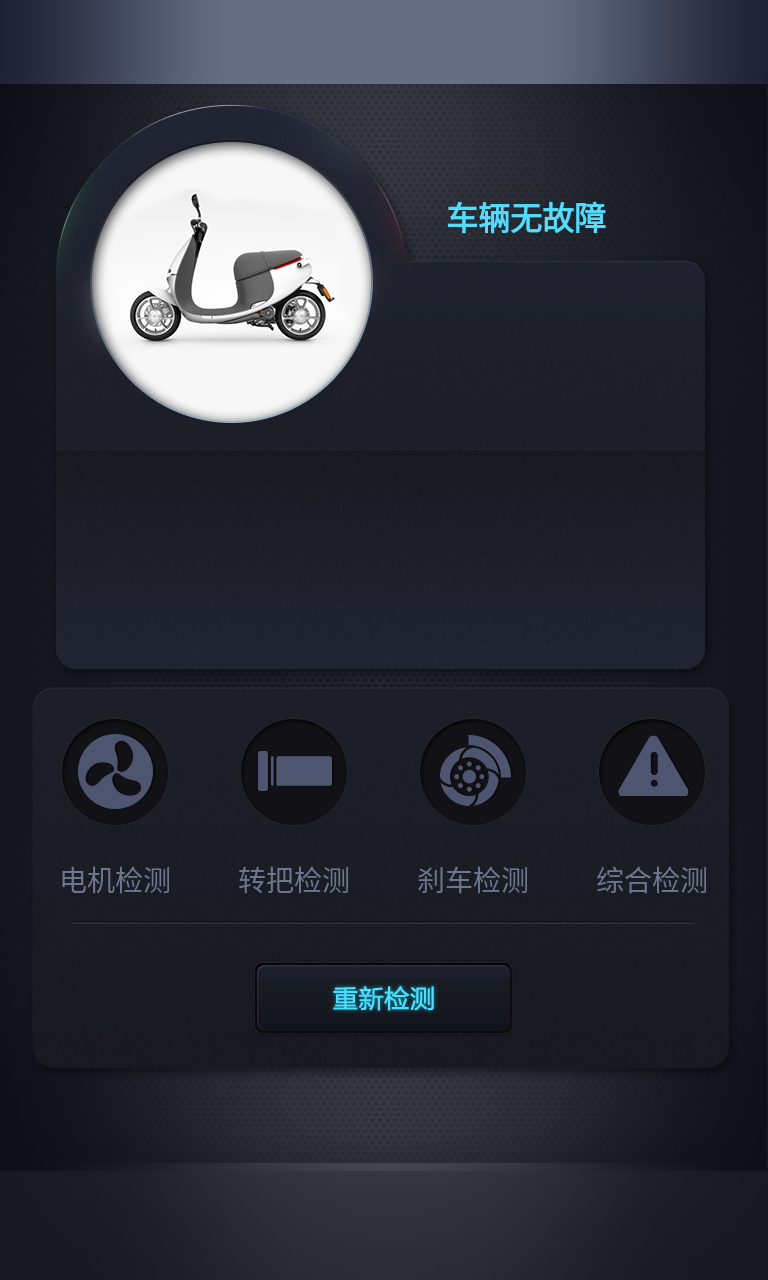
Repository: dongerqiang/Ab_YuanDun
Layout: WangCar/res/layout/activity_car_check_layout.xml
The author's editor kept a copy of each file at every save. The layout is drawn from the files as they stood at one save, then again after the next save.
It is drawn on a 768 x 1280 px phone screen (xhdpi) without system bars, with theme android:Theme.Black.NoTitleBar; the app's code is not run.

Above is the layout before, as saved 2017-06-24 12:39:49.

### WangCar/res/layout/activity_car_check_layout.xml
<?xml version="1.0" encoding="utf-8"?>
<RelativeLayout xmlns:android="http://schemas.android.com/apk/res/android"
    android:layout_width="match_parent"
    android:layout_height="match_parent"
    android:background="@drawable/icon_window_bg" >

    <include
        android:id="@+id/titleLayout"
        layout="@layout/title_bar_layout" />

    <LinearLayout
        android:layout_width="match_parent"
        android:layout_height="wrap_content"
        android:layout_below="@id/titleLayout"
        android:orientation="vertical"
        android:paddingTop="8dp"
        >

        <FrameLayout
            android:layout_width="match_parent"
            android:layout_height="wrap_content" >

            <ImageView
                android:layout_width="wrap_content"
                android:layout_height="wrap_content"
                android:layout_gravity="center"
                android:src="@drawable/icon_check_top_bg" />

            <TextView
                android:id="@+id/asrTv"
                android:layout_width="wrap_content"
                android:layout_height="wrap_content"
                android:layout_gravity="left|center_vertical"
                android:layout_marginTop="48dp"
                android:layout_marginLeft="28dp"
                android:textColor="#6e768d"
                android:textSize="14sp"
                 />

            <TextView
                android:id="@+id/checkItemTv"
                android:layout_width="143dp"
                android:layout_height="wrap_content"
                android:layout_gravity="right"
                android:layout_marginRight="18dp"
                android:layout_marginTop="46dp"
                android:gravity="left"
                android:text="车辆无故障"
                android:textColor="#54dcfd"
                android:textSize="16sp"
                android:textStyle="bold" />

        </FrameLayout>

        <FrameLayout
            android:layout_width="match_parent"
            android:layout_height="wrap_content"
            android:orientation="vertical" >

            <ImageView
                android:layout_width="wrap_content"
                android:layout_height="200dp"
                android:layout_marginLeft="13dp"
                android:layout_marginRight="13dp"
                android:scaleType="fitXY"
                android:src="@drawable/icon_check_btn_bg" />

            <LinearLayout
                android:layout_width="match_parent"
                android:layout_height="wrap_content"
                android:orientation="horizontal"
                android:paddingLeft="13dp"
                android:paddingRight="13dp"
                android:paddingTop="10dp" >

                <LinearLayout
                    android:layout_width="0dp"
                    android:layout_height="wrap_content"
                    android:layout_weight="1"
                    android:gravity="center"
                    android:orientation="vertical" >

                    <FrameLayout
                        android:layout_width="wrap_content"
                        android:layout_height="70dp" >

                        <ImageView
                            android:id="@+id/djScaleImg"
                            android:layout_width="wrap_content"
                            android:layout_height="wrap_content"
                            android:layout_gravity="center"
                            android:src="@drawable/icon_check_scale"
                            android:visibility="invisible" />

                        <ImageView
                            android:id="@+id/djImg"
                            android:layout_width="wrap_content"
                            android:layout_height="wrap_content"
                            android:layout_gravity="center"
                            android:src="@drawable/icon_check_motor_d" />
                    </FrameLayout>

                    <TextView
                        android:layout_width="wrap_content"
                        android:layout_height="wrap_content"
                        android:paddingTop="8dp"
                        android:text="电机检测"
                        android:textColor="#6e768d"
                        android:textSize="14sp" />
                </LinearLayout>

                <LinearLayout
                    android:layout_width="0dp"
                    android:layout_height="wrap_content"
                    android:layout_weight="1"
                    android:gravity="center"
                    android:orientation="vertical" >

                    <FrameLayout
                        android:layout_width="wrap_content"
                        android:layout_height="70dp" >

                        <ImageView
                            android:id="@+id/zbScaleImg"
                            android:layout_width="wrap_content"
                            android:layout_height="wrap_content"
                            android:layout_gravity="center"
                            android:src="@drawable/icon_check_scale"
                            android:visibility="invisible" />

                        <ImageView
                            android:id="@+id/zbImg"
                            android:layout_width="wrap_content"
                            android:layout_height="wrap_content"
                            android:layout_gravity="center"
                            android:src="@drawable/icon_check_zb_d" />
                    </FrameLayout>

                    <TextView
                        android:layout_width="wrap_content"
                        android:layout_height="wrap_content"
                        android:paddingTop="8dp"
                        android:text="转把检测"
                        android:textColor="#6e768d"
                        android:textSize="14sp" />
                </LinearLayout>

                <LinearLayout
                    android:layout_width="0dp"
                    android:layout_height="wrap_content"
                    android:layout_weight="1"
                    android:gravity="center"
                    android:orientation="vertical" >

                    <FrameLayout
                        android:layout_width="wrap_content"
                        android:layout_height="70dp" >

                        <ImageView
                            android:id="@+id/scScaleImg"
                            android:layout_width="wrap_content"
                            android:layout_height="wrap_content"
                            android:layout_gravity="center"
                            android:src="@drawable/icon_check_scale"
                            android:visibility="invisible" />

                        <ImageView
                            android:id="@+id/scImg"
                            android:layout_width="wrap_content"
                            android:layout_height="wrap_content"
                            android:layout_gravity="center"
                            android:src="@drawable/icon_check_sc_d" />
                    </FrameLayout>

                    <TextView
                        android:layout_width="wrap_content"
                        android:layout_height="wrap_content"
                        android:paddingTop="8dp"
                        android:text="刹车检测"
                        android:textColor="#6e768d"
                        android:textSize="14sp" />
                </LinearLayout>

                <LinearLayout
                    android:layout_width="0dp"
                    android:layout_height="wrap_content"
                    android:layout_weight="1"
                    android:gravity="center"
                    android:orientation="vertical" >

                    <FrameLayout
                        android:layout_width="wrap_content"
                        android:layout_height="70dp" >

                        <ImageView
                            android:id="@+id/allScaleImg"
                            android:layout_width="wrap_content"
                            android:layout_height="wrap_content"
                            android:layout_gravity="center"
                            android:src="@drawable/icon_check_scale"
                            android:visibility="invisible" />

                        <ImageView
                            android:id="@+id/allImg"
                            android:layout_width="wrap_content"
                            android:layout_height="wrap_content"
                            android:layout_gravity="center"
                            android:src="@drawable/icon_check_all_d" />
                    </FrameLayout>

                    <TextView
                        android:layout_width="wrap_content"
                        android:layout_height="wrap_content"
                        android:paddingTop="8dp"
                        android:text="综合检测"
                        android:textColor="#6e768d"
                        android:textSize="14sp" />
                </LinearLayout>
            </LinearLayout>

            <ImageView
                android:id="@+id/repertImg"
                android:layout_width="wrap_content"
                android:layout_height="wrap_content"
                android:layout_gravity="center_horizontal|bottom"
                android:src="@drawable/selector_repert_check_btn"
                android:layout_marginBottom="22dp"
                />
        </FrameLayout>
    </LinearLayout>

</RelativeLayout>

### WangCar/res/layout/title_bar_layout.xml
<?xml version="1.0" encoding="utf-8"?>
<LinearLayout xmlns:android="http://schemas.android.com/apk/res/android"
    android:layout_width="match_parent"
    android:layout_height="wrap_content"
    android:orientation="vertical" >

    <FrameLayout
        android:layout_width="match_parent"
        android:layout_height="42dp"
        android:background="@drawable/icon_title_bg"
        android:orientation="horizontal" >

        <ImageView
            android:id="@+id/backImg"
            android:layout_width="48dp"
            android:layout_height="match_parent"
            android:layout_gravity="left|bottom"
            android:scaleType="center"
            android:src="@drawable/icon_back"
            android:visibility="gone"
             />

        <ImageView
            android:id="@+id/logImg"
            android:layout_width="wrap_content"
            android:layout_height="30dp"
            android:scaleType="centerInside"
            android:layout_gravity="center"
            android:visibility="gone"
            android:src="@drawable/opa"/>
        <TextView
            android:id="@+id/titleTv"
            android:layout_width="wrap_content"
            android:layout_height="wrap_content"
            android:layout_gravity="center"
            android:textColor="#54dcfd"
            android:textSize="16sp" />
    </FrameLayout>

</LinearLayout>

### WangCar/res/drawable/selector_repert_check_btn.xml
<?xml version="1.0" encoding="utf-8"?>
<selector xmlns:android="http://schemas.android.com/apk/res/android">

    <item android:drawable="@drawable/icon_repert_check" android:state_pressed="false"></item>
    <item android:state_pressed="true">
        <layer-list >
            <item android:drawable="@drawable/icon_repert_check"></item>
            <item >
                <shape >
                    <solid android:color="#7affffff"/>
                </shape>
            </item>
        </layer-list>
    </item>

</selector>

After the next save:
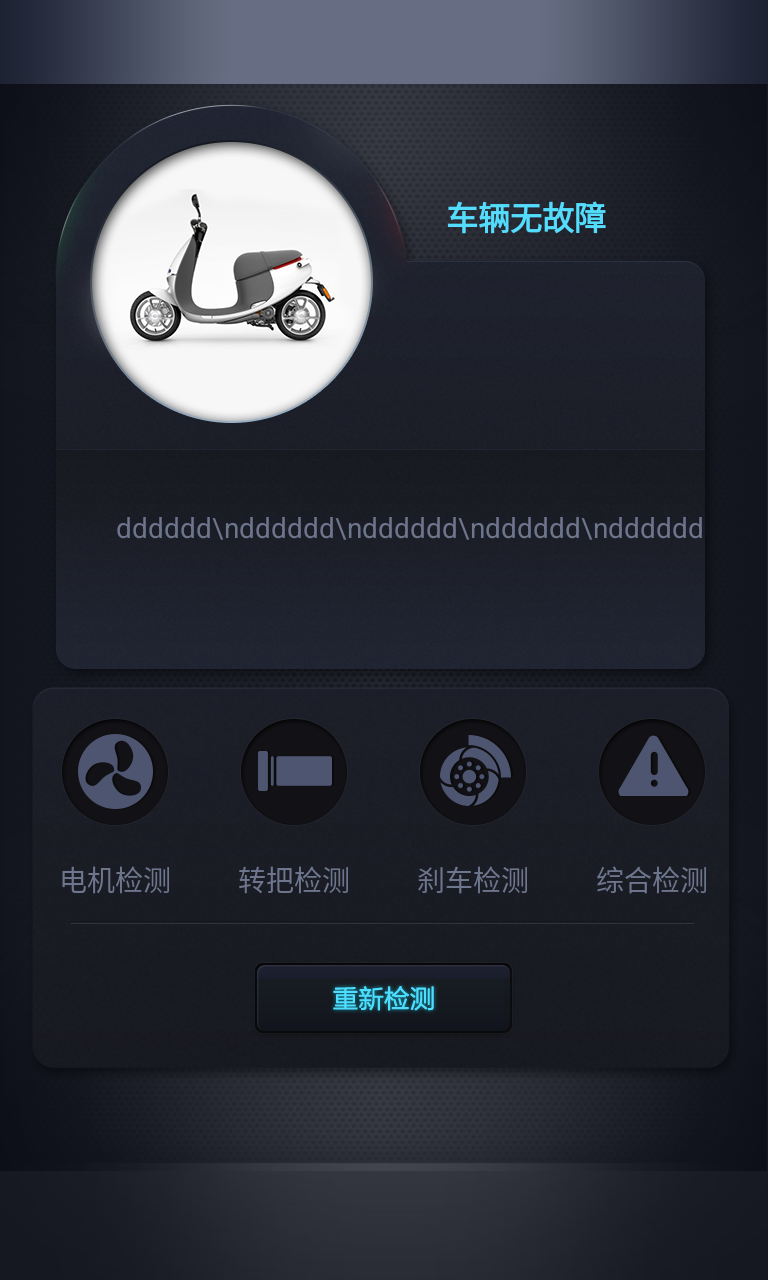
Saved 3 min 5 s later.
--- a/WangCar/res/layout/activity_car_check_layout.xml
+++ b/WangCar/res/layout/activity_car_check_layout.xml
@@ -31,10 +31,11 @@
                 android:layout_width="wrap_content"
                 android:layout_height="wrap_content"
                 android:layout_gravity="left|center_vertical"
-                android:layout_marginTop="48dp"
-                android:layout_marginLeft="28dp"
+                android:layout_marginTop="68dp"
+                android:layout_marginLeft="58dp"
                 android:textColor="#6e768d"
                 android:textSize="14sp"
+                android:text="dddddd\ndddddd\ndddddd\ndddddd\ndddddd"
                  />
 
             <TextView
